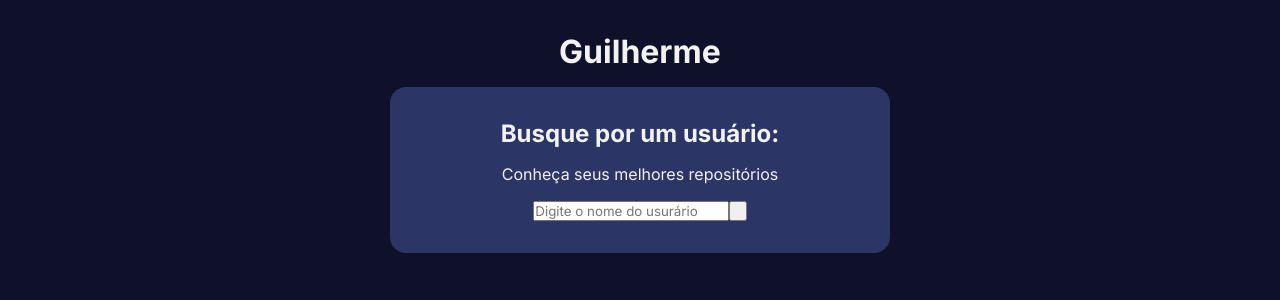
Repository: guilhermecardoso93/github-finder
Page: /
These files come from the project's save history. The page is drawn as it stood at one moment and after the next save; the edit follows.
The browser window is 1280 px wide. The pictures show the whole page.
The project was rebuilt for these pictures with package versions that can differ from the ones it lists, and the page was loaded fresh each time. Also part of the build but not shown: vite.config.ts.

Above is the page before, as saved 2024-10-24 19:48:10.

After the next save:
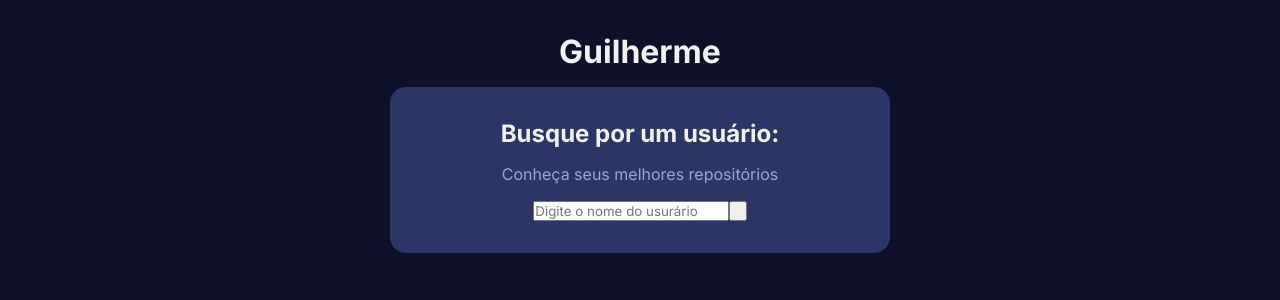
Saved 25 s later.
--- a/src/components/Search/styles.module.css
+++ b/src/components/Search/styles.module.css
@@ -9,3 +9,7 @@
   justify-content: center;
   margin-bottom: 2rem;
 }
+
+.container p {
+  color: #9da5d1;
+}
